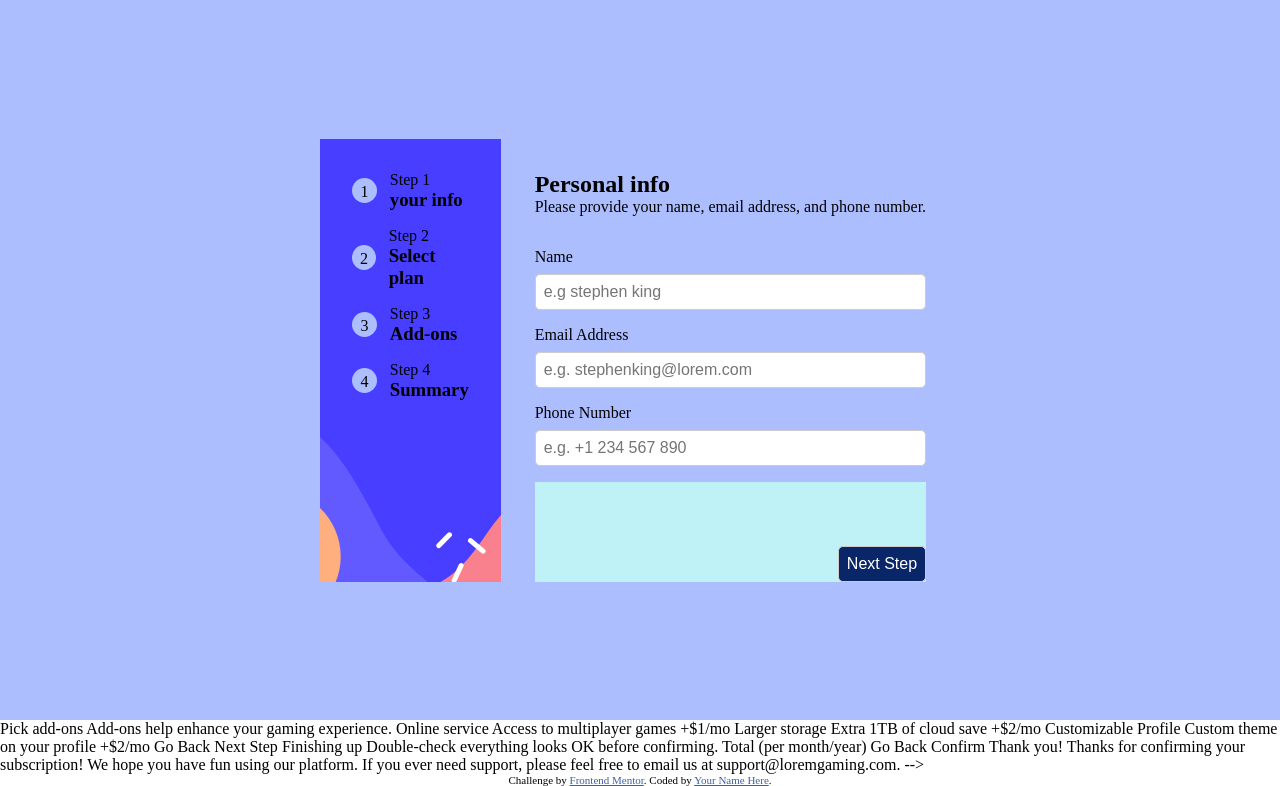
Repository: reemoon-ctrl/reemoon-ctrl.github.io
Page: index.html
These files come from the project's save history. The page is drawn as it stood at one moment and after the next save; the edit follows.
The browser window is 1280 px wide. The pictures show the whole page.

Above is the page before, as saved 2025-04-29 09:31:46.

After the next save:
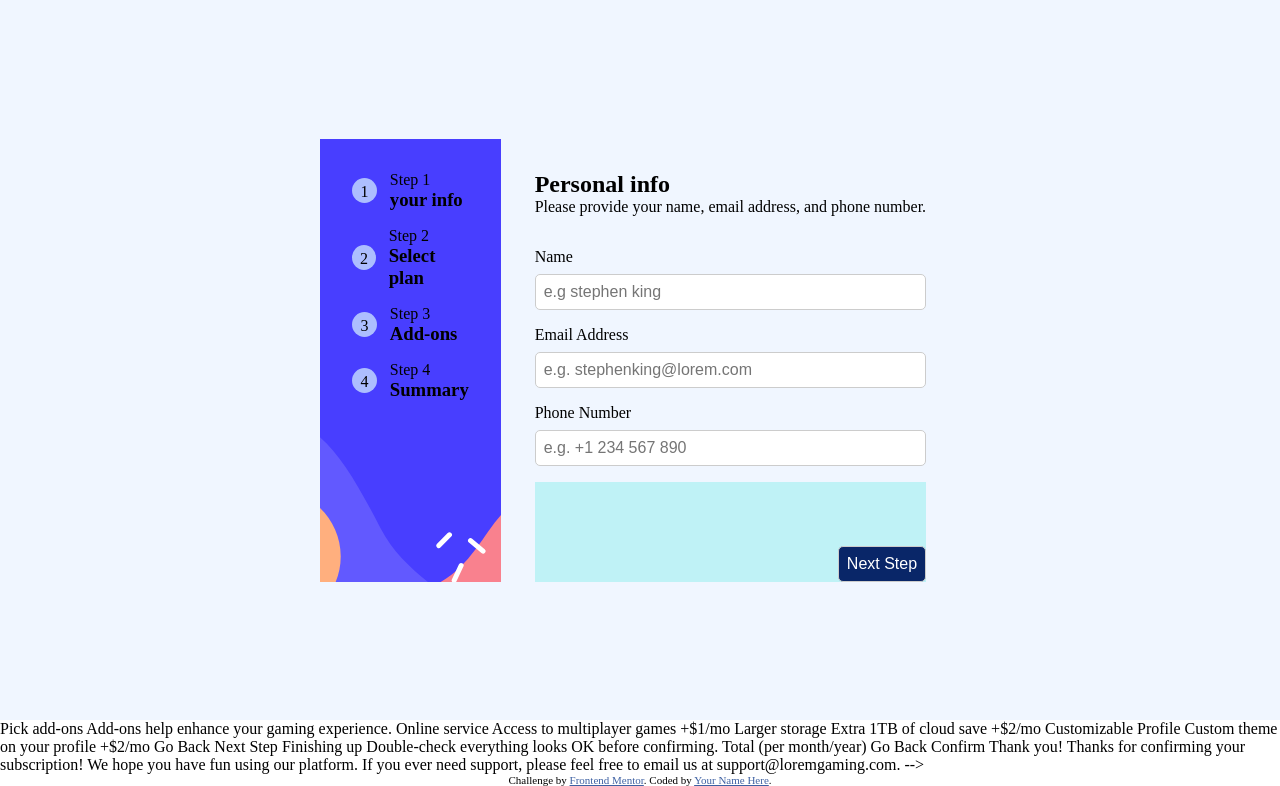
Saved 4 min 31 s later.
--- a/style.css
+++ b/style.css
@@ -21,7 +21,7 @@
     justify-content: center;
     align-items: center;
     align-content: center;
-    background-color: #adbeff;
+    background-color: #f0f6ff;
 
 }
 .main{
